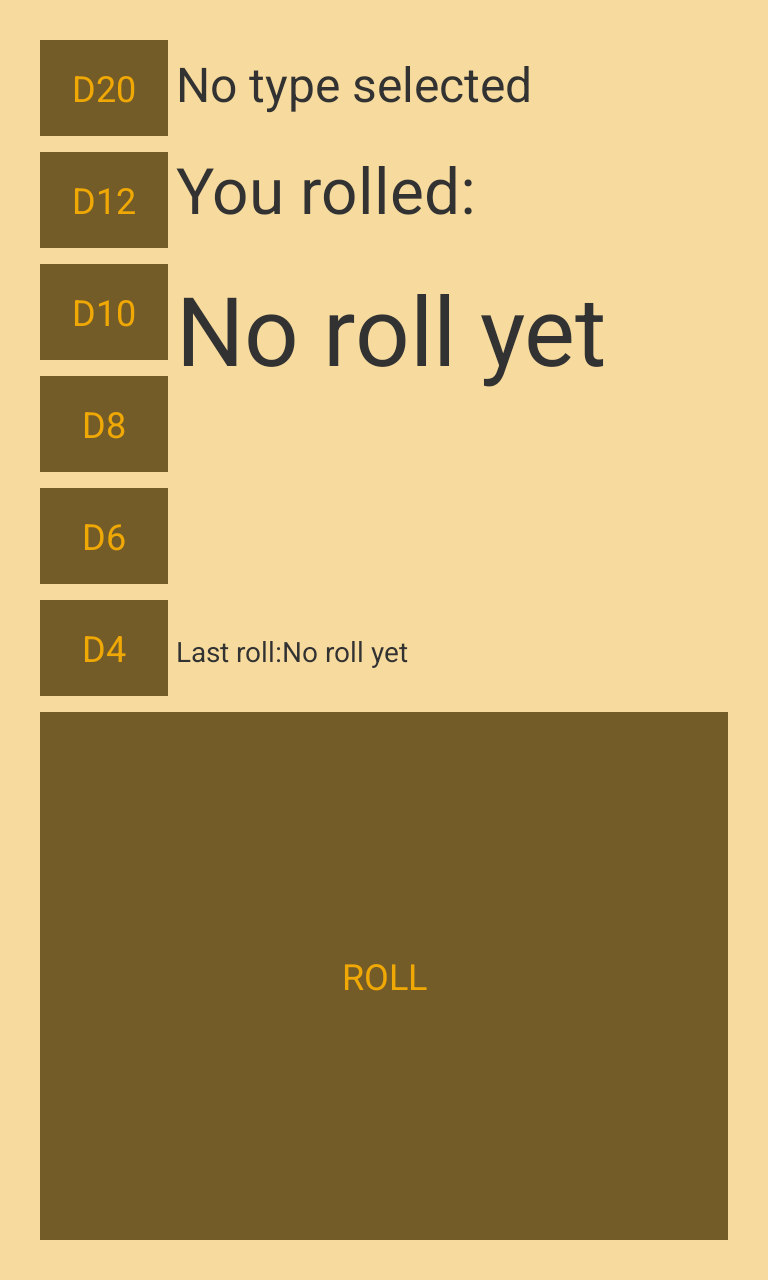
Repository: Bjodol/Roller
Layout: Roller3/res/layout/activity_main.xml
An editor plug-in stored every save of this project. The layout is shown before and after the next save, followed by the edit.
It is drawn on a 768 x 1280 px phone screen (xhdpi) without system bars, with theme AppTheme; the app's code is not run. The app's manifest (not shown) leaves right-to-left support off. So textAlignment, textDirection and layoutDirection are ignored, and left and right values win over start and end ones.

Above is the layout before, as saved 2013-08-31 09:20:34.

### Roller3/res/layout/activity_main.xml
<RelativeLayout xmlns:android="http://schemas.android.com/apk/res/android"
    xmlns:tools="http://schemas.android.com/tools"
    android:layout_width="fill_parent"
    android:layout_height="fill_parent"
    android:background="@color/Beige"
    android:gravity="top"
    android:paddingBottom="@dimen/activity_vertical_margin"
    android:paddingLeft="@dimen/activity_horizontal_margin"
    android:paddingRight="@dimen/activity_horizontal_margin"
    android:paddingTop="@dimen/activity_vertical_margin"
    tools:context=".MainActivity" >

    <Button
        android:id="@+id/d12"
        android:layout_margin="4dp"
        android:background="@color/Brown"
        android:textColor="@color/Bronze"
        android:layout_width="wrap_content"
        android:layout_height="wrap_content"
        android:layout_below="@+id/d20"
        android:onClick="d12"
        android:text="@string/d12" />

    <TextView
        android:id="@+id/dice_type"
        android:layout_width="wrap_content"
        android:layout_height="wrap_content"
        android:layout_alignBaseline="@id/d20"
        android:layout_toRightOf="@id/d20"
        android:text="@string/noDiceType"
        android:textAlignment="center"
        android:textSize="24sp" />

    <TextView
        android:id="@+id/current_roll_text"
        android:layout_width="wrap_content"
        android:layout_height="wrap_content"
        android:layout_alignBaseline="@id/d12"
        android:layout_below="@id/dice_type"
        android:layout_toRightOf="@id/d12"
        android:text="@string/youRolled"
        android:textAlignment="center"
        android:textSize="32sp" />

    <TextView
        android:id="@+id/dice_throw"
        android:layout_width="wrap_content"
        android:layout_height="wrap_content"
        android:layout_alignBottom="@+id/d6"
        android:layout_alignTop="@+id/d10"
        android:layout_toRightOf="@id/d20"
        android:text="@string/noRolls"
        android:textAlignment="center"
        android:textSize="48sp" />

    <TextView
        android:id="@+id/last_roll_text"
        android:layout_width="wrap_content"
        android:layout_height="wrap_content"
        android:layout_alignBaseline="@+id/d4"
        android:layout_alignBottom="@+id/d4"
        android:layout_alignLeft="@+id/dice_throw"
        android:text="@string/lastRoll"
        android:textAlignment="center"
        android:textSize="14sp" />

    <TextView
        android:id="@+id/last_roll_value"
        android:layout_width="wrap_content"
        android:layout_height="wrap_content"
        android:layout_alignBaseline="@id/last_roll_text"
        android:layout_toRightOf="@id/last_roll_text"
        android:text="@string/noRolls"
        android:textAlignment="center"
        android:textSize="14sp" />

    <Button
        android:id="@+id/roll_button"
        android:background="@color/Brown"
        android:layout_margin="4dp"
        android:layout_width="fill_parent"
        android:layout_height="wrap_content"
        android:layout_below="@+id/d4"
        android:layout_alignParentBottom="true"
        android:onClick="roll"
        android:text="@string/roll"
        android:textColor="@color/Bronze" />

    <Button
        android:id="@+id/d10"
        android:layout_margin="4dp"
        android:background="@color/Brown"
        android:textColor="@color/Bronze"
        android:layout_width="wrap_content"
        android:layout_height="wrap_content"
        android:layout_below="@+id/d12"
        android:layout_toLeftOf="@+id/current_roll_text"
        android:onClick="d10"
        android:text="@string/d10" />

    <Button
        android:id="@+id/d8"
        android:layout_margin="4dp"
        android:background="@color/Brown"
        android:textColor="@color/Bronze"
        android:layout_width="wrap_content"
        android:layout_height="wrap_content"
        android:layout_below="@+id/d10"
        android:layout_toLeftOf="@+id/current_roll_text"
        android:onClick="d8"
        android:text="@string/d8" />

    <Button
        android:id="@+id/d6"
        android:layout_margin="4dp"
        android:background="@color/Brown"
        android:textColor="@color/Bronze"
        android:layout_width="wrap_content"
        android:layout_height="wrap_content"
        android:layout_below="@+id/d8"
        android:layout_toLeftOf="@+id/current_roll_text"
        android:onClick="d6"
        android:text="@string/d6" />

    <Button
        android:id="@+id/d4"
        android:layout_margin="4dp"
        android:background="@color/Brown"
        android:textColor="@color/Bronze"
        android:layout_width="wrap_content"
        android:layout_height="wrap_content"
        android:layout_below="@+id/d6"
        android:layout_toLeftOf="@+id/current_roll_text"
        android:onClick="d4"
        android:text="@string/d4" />

    <Button
        android:id="@+id/d20"
        android:layout_width="wrap_content"
        android:layout_height="wrap_content"
        android:layout_alignParentLeft="true"
        android:layout_alignParentTop="true"
        android:layout_margin="4dp"
        android:background="@color/Brown"
        android:onClick="d20"
        android:text="@string/d20"
        android:textColor="@color/Bronze" />

</RelativeLayout>

### Roller3/res/values/strings.xml
<?xml version="1.0" encoding="utf-8"?>
<resources>

    <string name="app_name">Roller</string>
    <string name="action_settings">Settings</string>
    <string name="d20">D20</string>
    <string name="d12">D12</string>
    <string name="d10">D10</string>
    <string name="d8">D8</string>
    <string name="d6">D6</string>
    <string name="d4">D4</string>
    <string name="roll">ROLL</string>
    <string name="youRolled">You rolled:</string>
    <string name="noRolls">No roll yet</string>
    <string name="lastRoll">Last roll:</string>
    <string name="noDiceType">No type selected</string>
    <color name="Purple">#9e14e8</color>
    <color name="Beige">#f7db9e</color>
    <color name="Bronze">#F0A804</color>
    <color name="Brown">#745c29</color>

</resources>

Loaded but not shown: Roller3/res/values/styles.xml (common file); Roller3/res/values-v11/styles.xml (common file); Roller3/res/values-v14/styles.xml (common file); Roller3/res/values/dimens.xml (common file)

After the next save:
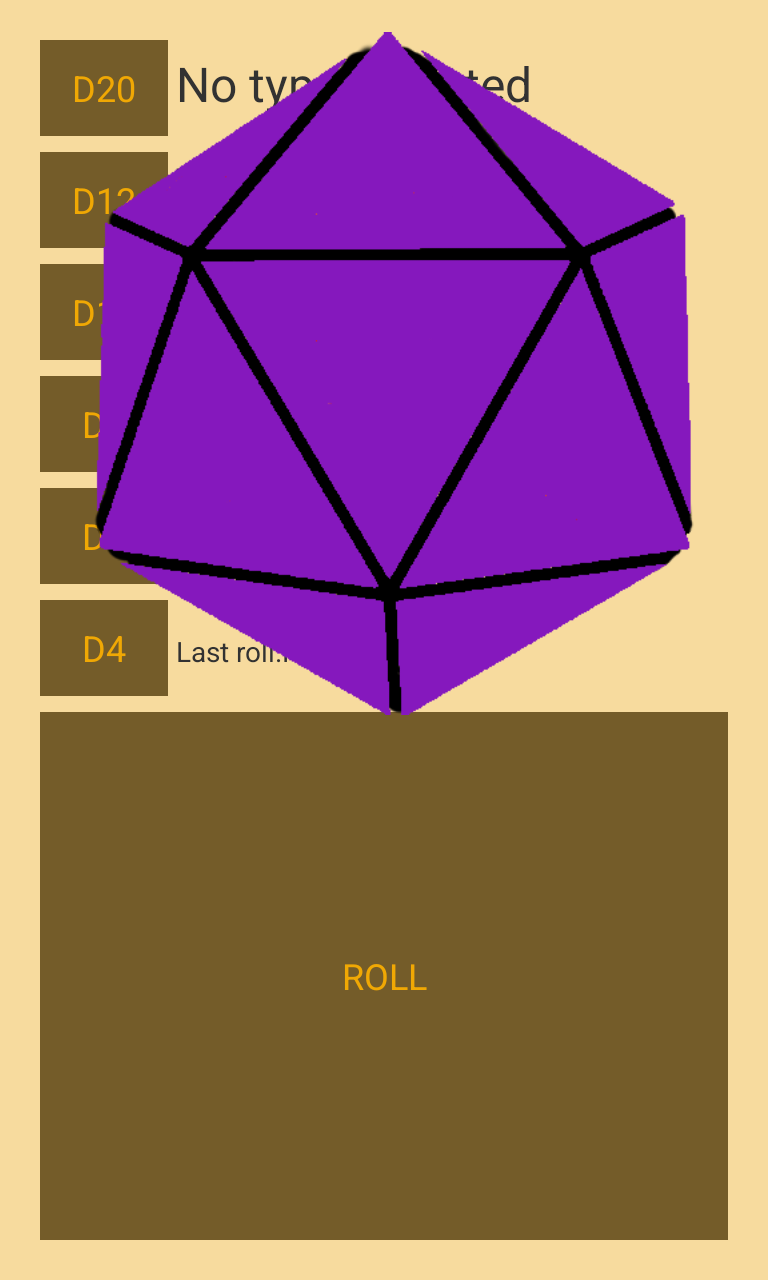
Saved 6 min 22 s later.
--- a/Roller3/res/layout/activity_main.xml
+++ b/Roller3/res/layout/activity_main.xml
@@ -141,9 +141,17 @@
         android:layout_alignParentLeft="true"
         android:layout_alignParentTop="true"
         android:layout_margin="4dp"
+        android:layout_marginTop="21dp"
         android:background="@color/Brown"
         android:onClick="d20"
         android:text="@string/d20"
         android:textColor="@color/Bronze" />
 
+    <ImageView
+        android:id="@+id/purpleDice"
+        android:layout_width="wrap_content"
+        android:layout_height="wrap_content"
+        android:layout_alignParentRight="true"
+        android:src="@drawable/purple_dice" />
+
 </RelativeLayout>
